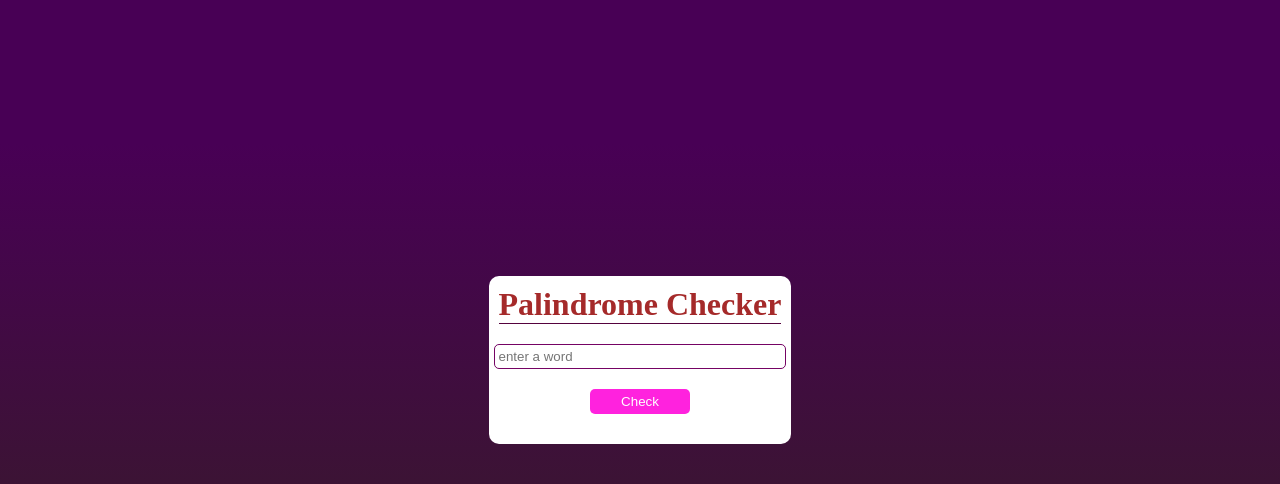
Repository: albinsabu2023/palindromeChecker
Page: index.html
An editor plug-in stored every save of this project. The page is shown before and after the next save, followed by the edit.
The browser window is 1280 px wide. The pictures show the whole page.

Above is the page before, as saved 2023-09-12 01:24:58.

After the next save:
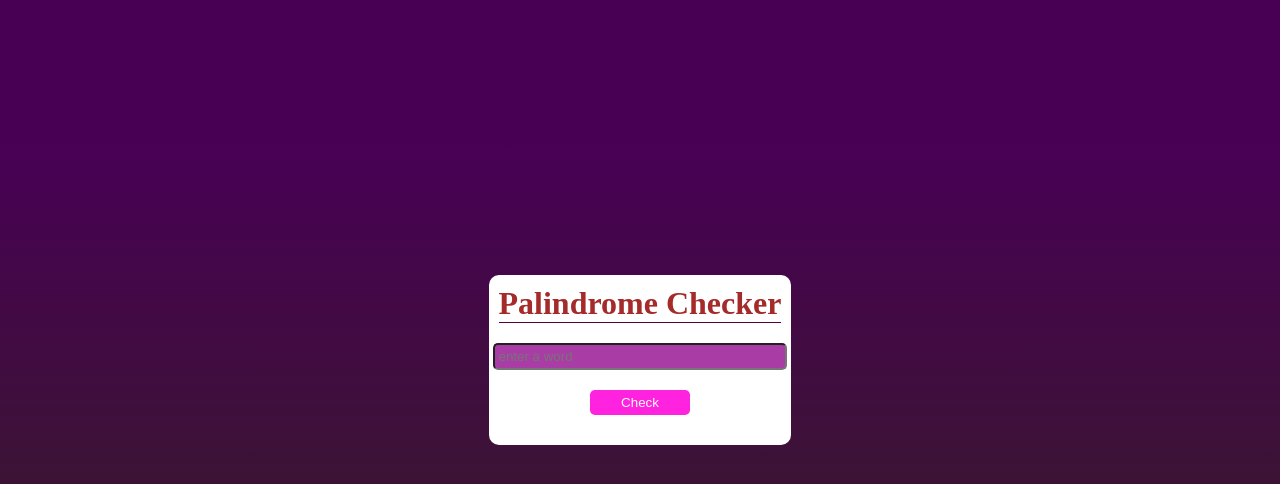
Saved 4 min 22 s later.
--- a/style.css
+++ b/style.css
@@ -26,7 +26,7 @@ body{
     border-bottom: 1px solid rgb(85, 2, 62);
 }
 .container input{
-    border:1px solid rgb(117, 3, 100);
+    background-color: rgb(170, 60, 165);
     border-radius: 5px;
     padding: 4px;
     width: 100%;
